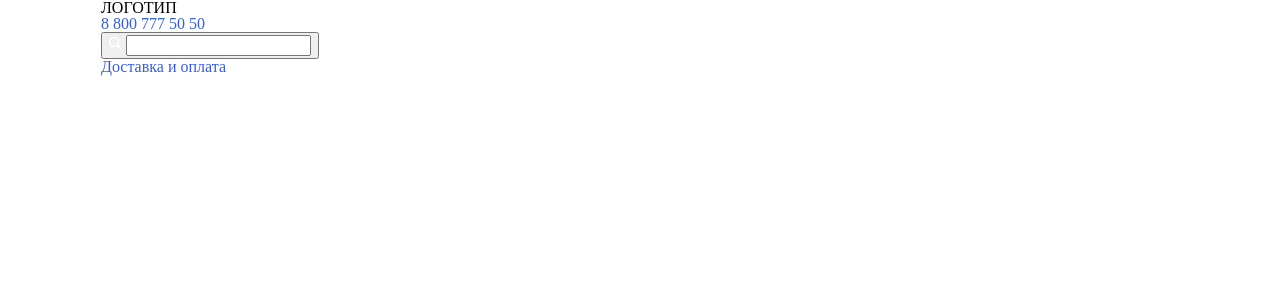
Repository: sem1103/WEBCompany
Page: index.html
These files come from the project's save history. The page is drawn as it stood at one moment and after the next save; the edit follows.
The browser window is 1280 px wide. The pictures show the whole page.

Above is the page before, as saved 2024-01-11 18:24:17.

### index.html
<!DOCTYPE html>
<html lang="en">
<head>
    <meta charset="UTF-8">
    <meta name="viewport" content="width=device-width, initial-scale=1.0">
    <title>Интернет магазин</title>

    <link rel="stylesheet" href="styles/reset.css">
    <link rel="stylesheet" href="styles/main.css">
</head>
<body>
    <div id="page">
        <header>
            <div class="header__top container">
                <div class="header__logo">
                    <span>ЛОГОТИП</span>
                </div>
                <p class="phone__number"><a href="tel:+78007775050">8 800 777 50 50</a></p>
                <div class="search__items">
                    <button>
                        <svg xmlns="http://www.w3.org/2000/svg" width="13" height="13" viewBox="0 0 13 13" fill="none">
                            <path d="M8.68135 1.48741C6.69814 -0.495804 3.4703 -0.495804 1.48709 1.48741C-0.495696 3.47106 -0.495696 6.69846 1.48709 8.6821C3.2532 10.4478 6.00382 10.6369 7.98574 9.25819C8.02744 9.45553 8.12289 9.64383 8.27637 9.79731L11.1646 12.6855C11.5855 13.1055 12.2656 13.1055 12.6843 12.6855C13.1048 12.265 13.1048 11.5849 12.6843 11.1657L9.79613 8.27669C9.64351 8.1245 9.45477 8.02863 9.25744 7.98692C10.6371 6.00457 10.4479 3.25438 8.68135 1.48741ZM7.76949 7.77024C6.28885 9.25089 3.87916 9.25089 2.39895 7.77024C0.919166 6.2896 0.919166 3.88034 2.39895 2.3997C3.87916 0.919489 6.28885 0.919489 7.76949 2.3997C9.25013 3.88034 9.25013 6.2896 7.76949 7.77024Z" fill="white"/>
                          </svg>
                          <input type="text" name="itemName">
                    </button>
                </div>
                <p  class="delivery"><a href="">Доставка и оплата</a></p>
            </div>
        </header>
    </div>
</body>
</html>

### styles/reset.css
:root{
    --green: #57aa32;
    --gray: #2e2d2c;
}
html{
    scroll-behavior: smooth;
}
html,
body,
div,
span,
applet,
object,
iframe,
h1,
h2,
h3,
h4,
h5,
h6,
p,
blockquote,
pre,
a,
abbr,
acronym,
address,
big,
cite,
code,
del,
dfn,
em,
img,
ins,
kbd,
q,
s,
samp,
small,
strike,
strong,
sub,
sup,
tt,
var,
b,
u,
i,
center,
dl,
dt,
dd,
ol,
ul,
li,
fieldset,
form,
label,
legend,
table,
caption,
tbody,
tfoot,
thead,
tr,
th,
td,
article,
aside,
canvas,
details,
embed,
figure,
figcaption,
footer,
header,
hgroup,
menu,
nav,
output,
ruby,
section,
summary,
time,
mark,
audio,
video {
    margin: 0;
    padding: 0;
    border: 0;
    font-size: 100%;
    font: inherit;
    vertical-align: baseline
}

article,
aside,
details,
figcaption,
figure,
footer,
header,
hgroup,
menu,
nav,
section {
    display: block
}

body {
    line-height: 1;
}

ol,
ul {
    list-style: none
}

blockquote,
q {
    quotes: none
}

blockquote:before,
blockquote:after,
q:before,
q:after {
    content: '';
    content: none
}

table {
    border-collapse: collapse;
    border-spacing: 0
}

a {
    text-decoration: none;
    color: #365edc;
    transition: all .3s ease-in-out
}

a:hover {
    color: #365edc;
}

* {
    box-sizing: border-box
}

main img{
    width: 100%;
    height: auto;
}

### styles/main.css
:root{

}
.container{
    max-width: 1078px;
    margin: 0 auto;
}

After the next save:
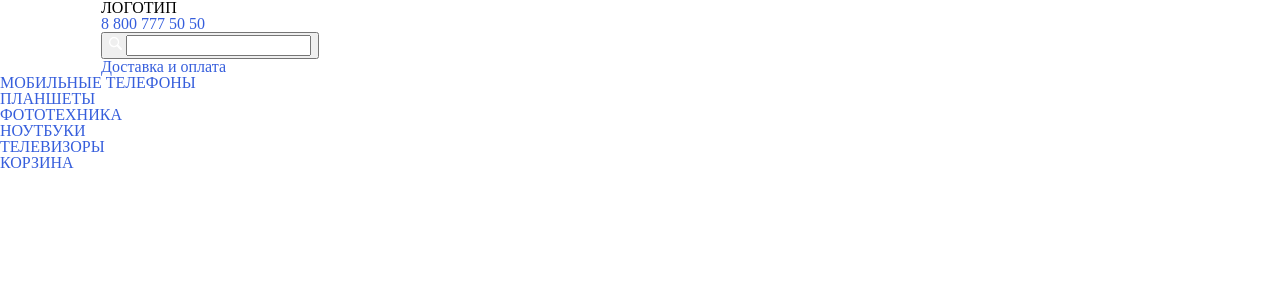
Saved 4 min 35 s later.
--- a/index.html
+++ b/index.html
@@ -11,7 +11,7 @@
 <body>
     <div id="page">
         <header>
-            <div class="header__top container">
+            <div class="container">
                 <div class="header__logo">
                     <span>ЛОГОТИП</span>
                 </div>
@@ -26,6 +26,18 @@
                 </div>
                 <p  class="delivery"><a href="">Доставка и оплата</a></p>
             </div>
+
+            <nav>
+                <ul>
+                    <li><a href="">МОБИЛЬНЫЕ ТЕЛЕФОНЫ</a></li>
+                    <li><a href="">ПЛАНШЕТЫ</a></li>
+                    <li><a href="">ФОТОТЕХНИКА</a></li>
+                    <li><a href="">НОУТБУКИ</a></li>
+                    <li><a href="">ТЕЛЕВИЗОРЫ</a></li>
+
+                    <li class="desc__cart"><a href="">КОРЗИНА</a></li>
+                </ul>
+            </nav>
         </header>
     </div>
 </body>
